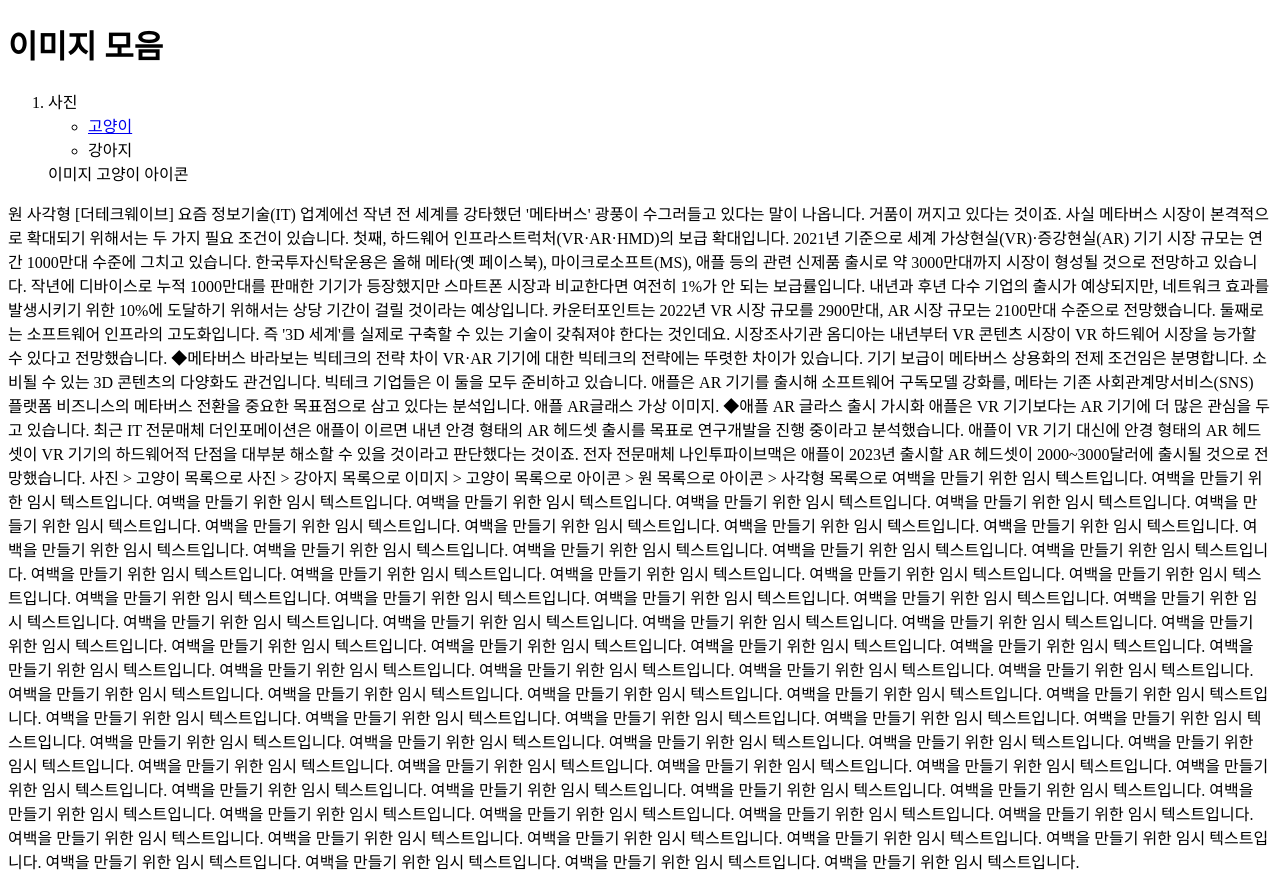
Repository: chanjin5212/Full-Stack-study
Page: client/ClientTest/src/main/webapp/html/htmlquestion/Q08.html
The author's editor kept a copy of each file at every save. The page is drawn from the files as they stood at one save, then again after the next save.
The browser window is 1280 px wide. The pictures show the whole page.

Above is the page before, as saved 2022-05-24 03:58:53.

### client/ClientTest/src/main/webapp/html/htmlquestion/Q08.html
<!DOCTYPE html>
<html>
<head>
<meta charset="UTF-8">
<title>Insert title here</title>
</head>
<body>
<h1>이미지 모음</h1>
<ol>
<li>사진
<ul type="circle">
<li><a href="#cat">고양이</a></li>
<li>강아지</li>
</ul>
</li>
이미지
고양이
아이콘
</ol>
원
사각형
[더테크웨이브] 요즘 정보기술(IT) 업계에선 작년 전 세계를 강타했던 '메타버스' 광풍이 수그러들고 있다는 말이 나옵니다. 거품이 꺼지고 있다는 것이죠. 사실 메타버스 시장이 본격적으로 확대되기 위해서는 두 가지 필요 조건이 있습니다. 첫째, 하드웨어 인프라스트럭처(VR·AR·HMD)의 보급 확대입니다. 2021년 기준으로 세계 가상현실(VR)·증강현실(AR) 기기 시장 규모는 연간 1000만대 수준에 그치고 있습니다. 한국투자신탁운용은 올해 메타(옛 페이스북), 마이크로소프트(MS), 애플 등의 관련 신제품 출시로 약 3000만대까지 시장이 형성될 것으로 전망하고 있습니다. 작년에 디바이스로 누적 1000만대를 판매한 기기가 등장했지만 스마트폰 시장과 비교한다면 여전히 1%가 안 되는 보급률입니다. 내년과 후년 다수 기업의 출시가 예상되지만, 네트워크 효과를 발생시키기 위한 10%에 도달하기 위해서는 상당 기간이 걸릴 것이라는 예상입니다. 카운터포인트는 2022년 VR 시장 규모를 2900만대, AR 시장 규모는 2100만대 수준으로 전망했습니다. 둘째로는 소프트웨어 인프라의 고도화입니다. 즉 '3D 세계'를 실제로 구축할 수 있는 기술이 갖춰져야 한다는 것인데요. 시장조사기관 옴디아는 내년부터 VR 콘텐츠 시장이 VR 하드웨어 시장을 능가할 수 있다고 전망했습니다. ◆메타버스 바라보는 빅테크의 전략 차이 VR·AR 기기에 대한 빅테크의 전략에는 뚜렷한 차이가 있습니다. 기기 보급이 메타버스 상용화의 전제 조건임은 분명합니다. 소비될 수 있는 3D 콘텐츠의 다양화도 관건입니다. 빅테크 기업들은 이 둘을 모두 준비하고 있습니다. 애플은 AR 기기를 출시해 소프트웨어 구독모델 강화를, 메타는 기존 사회관계망서비스(SNS) 플랫폼 비즈니스의 메타버스 전환을 중요한 목표점으로 삼고 있다는 분석입니다. 애플 AR글래스 가상 이미지. ◆애플 AR 글라스 출시 가시화 애플은 VR 기기보다는 AR 기기에 더 많은 관심을 두고 있습니다. 최근 IT 전문매체 더인포메이션은 애플이 이르면 내년 안경 형태의 AR 헤드셋 출시를 목표로 연구개발을 진행 중이라고 분석했습니다. 애플이 VR 기기 대신에 안경 형태의 AR 헤드셋이 VR 기기의 하드웨어적 단점을 대부분 해소할 수 있을 것이라고 판단했다는 것이죠. 전자 전문매체 나인투파이브맥은 애플이 2023년 출시할 AR 헤드셋이 2000~3000달러에 출시될 것으로 전망했습니다.
사진 > 고양이

목록으로

사진 > 강아지

목록으로

이미지 > 고양이

목록으로

아이콘 > 원

목록으로

아이콘 > 사각형

목록으로

여백을 만들기 위한 임시 텍스트입니다. 여백을 만들기 위한 임시 텍스트입니다. 여백을 만들기 위한 임시 텍스트입니다. 여백을 만들기 위한 임시 텍스트입니다. 여백을 만들기 위한 임시 텍스트입니다. 여백을 만들기 위한 임시 텍스트입니다. 여백을 만들기 위한 임시 텍스트입니다. 여백을 만들기 위한 임시 텍스트입니다. 여백을 만들기 위한 임시 텍스트입니다. 여백을 만들기 위한 임시 텍스트입니다. 여백을 만들기 위한 임시 텍스트입니다. 여백을 만들기 위한 임시 텍스트입니다. 여백을 만들기 위한 임시 텍스트입니다. 여백을 만들기 위한 임시 텍스트입니다. 여백을 만들기 위한 임시 텍스트입니다. 여백을 만들기 위한 임시 텍스트입니다. 여백을 만들기 위한 임시 텍스트입니다. 여백을 만들기 위한 임시 텍스트입니다. 여백을 만들기 위한 임시 텍스트입니다. 여백을 만들기 위한 임시 텍스트입니다. 여백을 만들기 위한 임시 텍스트입니다. 여백을 만들기 위한 임시 텍스트입니다. 여백을 만들기 위한 임시 텍스트입니다. 여백을 만들기 위한 임시 텍스트입니다. 여백을 만들기 위한 임시 텍스트입니다. 여백을 만들기 위한 임시 텍스트입니다. 여백을 만들기 위한 임시 텍스트입니다. 여백을 만들기 위한 임시 텍스트입니다. 여백을 만들기 위한 임시 텍스트입니다. 여백을 만들기 위한 임시 텍스트입니다. 여백을 만들기 위한 임시 텍스트입니다. 여백을 만들기 위한 임시 텍스트입니다. 여백을 만들기 위한 임시 텍스트입니다. 여백을 만들기 위한 임시 텍스트입니다. 여백을 만들기 위한 임시 텍스트입니다. 여백을 만들기 위한 임시 텍스트입니다. 여백을 만들기 위한 임시 텍스트입니다. 여백을 만들기 위한 임시 텍스트입니다. 여백을 만들기 위한 임시 텍스트입니다. 여백을 만들기 위한 임시 텍스트입니다. 여백을 만들기 위한 임시 텍스트입니다. 여백을 만들기 위한 임시 텍스트입니다. 여백을 만들기 위한 임시 텍스트입니다. 여백을 만들기 위한 임시 텍스트입니다. 여백을 만들기 위한 임시 텍스트입니다. 여백을 만들기 위한 임시 텍스트입니다. 여백을 만들기 위한 임시 텍스트입니다. 여백을 만들기 위한 임시 텍스트입니다. 여백을 만들기 위한 임시 텍스트입니다. 여백을 만들기 위한 임시 텍스트입니다. 여백을 만들기 위한 임시 텍스트입니다. 여백을 만들기 위한 임시 텍스트입니다. 여백을 만들기 위한 임시 텍스트입니다. 여백을 만들기 위한 임시 텍스트입니다. 여백을 만들기 위한 임시 텍스트입니다. 여백을 만들기 위한 임시 텍스트입니다. 여백을 만들기 위한 임시 텍스트입니다. 여백을 만들기 위한 임시 텍스트입니다. 여백을 만들기 위한 임시 텍스트입니다. 여백을 만들기 위한 임시 텍스트입니다. 여백을 만들기 위한 임시 텍스트입니다. 여백을 만들기 위한 임시 텍스트입니다. 여백을 만들기 위한 임시 텍스트입니다. 여백을 만들기 위한 임시 텍스트입니다. 여백을 만들기 위한 임시 텍스트입니다. 여백을 만들기 위한 임시 텍스트입니다. 여백을 만들기 위한 임시 텍스트입니다. 여백을 만들기 위한 임시 텍스트입니다. 여백을 만들기 위한 임시 텍스트입니다. 여백을 만들기 위한 임시 텍스트입니다. 여백을 만들기 위한 임시 텍스트입니다. 여백을 만들기 위한 임시 텍스트입니다. 여백을 만들기 위한 임시 텍스트입니다. 여백을 만들기 위한 임시 텍스트입니다. 여백을 만들기 위한 임시 텍스트입니다. 여백을 만들기 위한 임시 텍스트입니다. 여백을 만들기 위한 임시 텍스트입니다. 여백을 만들기 위한 임시 텍스트입니다.
</body>
</html>

After the next save:
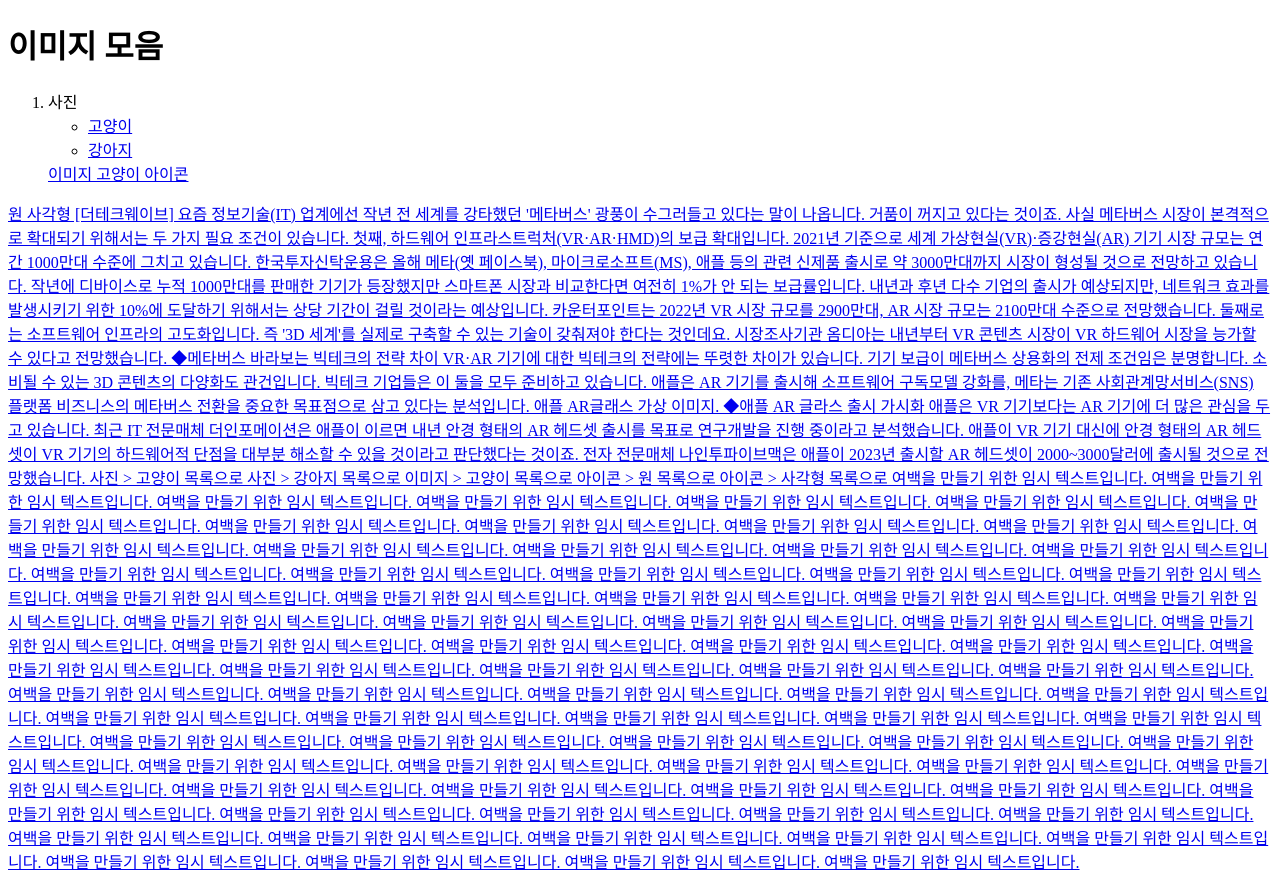
Saved 8 s later.
--- a/client/ClientTest/src/main/webapp/html/htmlquestion/Q08.html
+++ b/client/ClientTest/src/main/webapp/html/htmlquestion/Q08.html
@@ -10,7 +10,7 @@
 <li>사진
 <ul type="circle">
 <li><a href="#cat">고양이</a></li>
-<li>강아지</li>
+<li><a href="#dog">강아지</li>
 </ul>
 </li>
 이미지

After the save that followed:
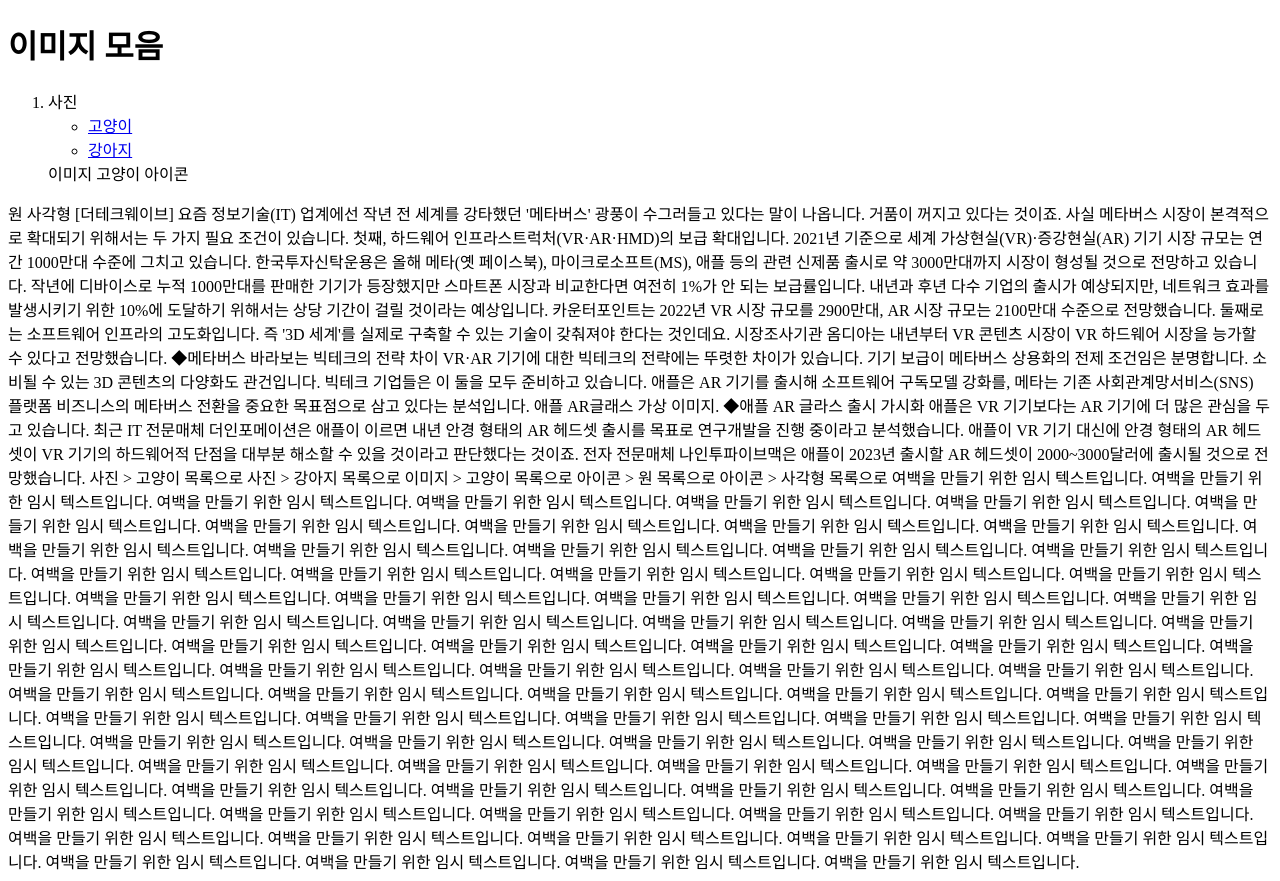
Saved 2 s later.
--- a/client/ClientTest/src/main/webapp/html/htmlquestion/Q08.html
+++ b/client/ClientTest/src/main/webapp/html/htmlquestion/Q08.html
@@ -10,7 +10,7 @@
 <li>사진
 <ul type="circle">
 <li><a href="#cat">고양이</a></li>
-<li><a href="#dog">강아지</li>
+<li><a href="#dog">강아지</a></li>
 </ul>
 </li>
 이미지
